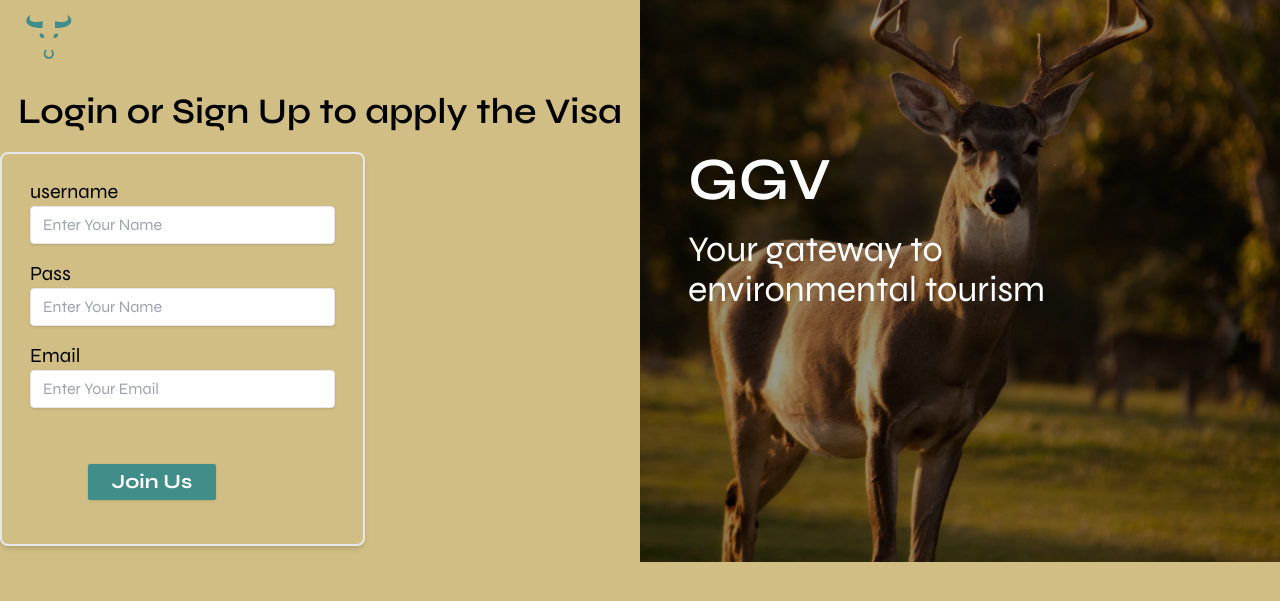
Repository: EngrAhmadUmar/landing-page
Page: /register
An editor plug-in stored every save of this project. The page is shown before and after the next save, followed by the edit.
The browser window is 1280 px wide. The pictures show the whole page.
The project was rebuilt for these pictures with package versions that can differ from the ones it lists, and the page was loaded fresh each time. The framework's server and built-in components were replaced by stand-ins that run in the browser. Also part of the build but not shown: next.config.js, styles/Home.module.css, src/Queries/conservationAreas.jsx, src/mutations/ApplyVisa.js, src/Queries/areaOfConservationQuery.js, src/Components/GetConservationAreas.js, src/Components/ApplyPageComponents/ApplyForm.jsx, src/Components/ApplyPageComponents/FormButton.jsx and 1 more.

Above is the page before, as saved 2022-07-12 09:42:55.

After the next save:
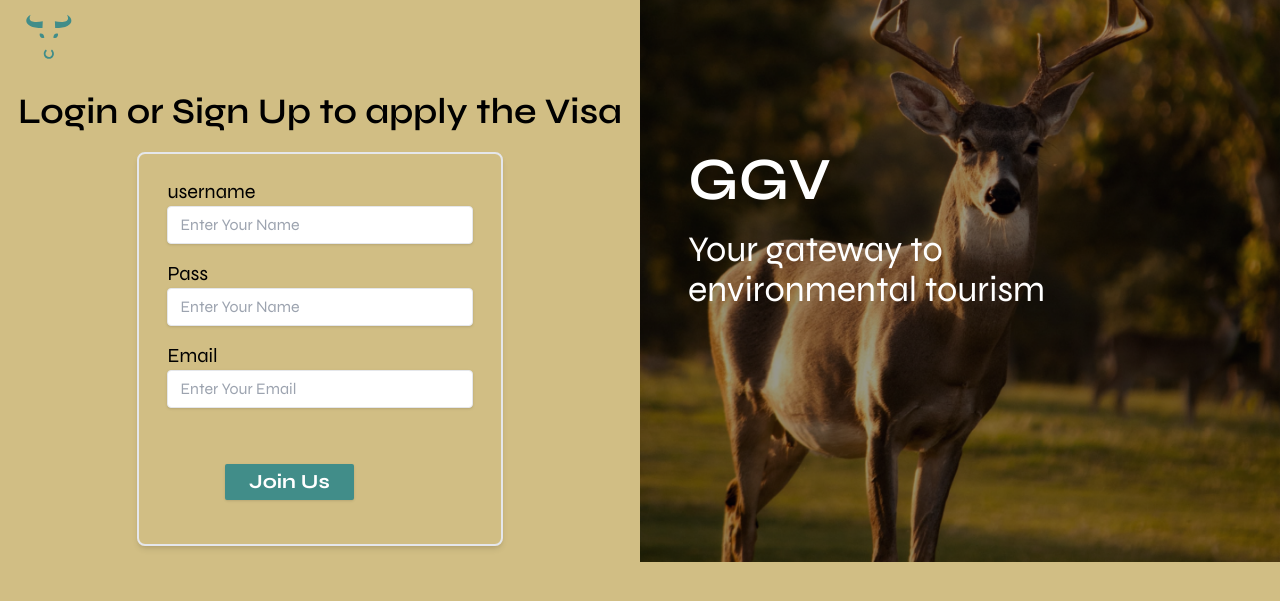
Saved 7 s later.
--- a/src/Components/ApplyPageComponents/RegisterForm.jsx
+++ b/src/Components/ApplyPageComponents/RegisterForm.jsx
@@ -68,7 +68,7 @@ const JoinUs = () => {
           >
             Login or Sign Up to apply the Visa
           </h3>
-          <div className="flex items-center">
+          <div className="flex items-center justify-center">
             <form
               onSubmit={onSubmit}
               className="pt-6 pb-8 mb-4 border-2 rounded-lg shadow-md px-7 border-gray max-w-[30rem] "
